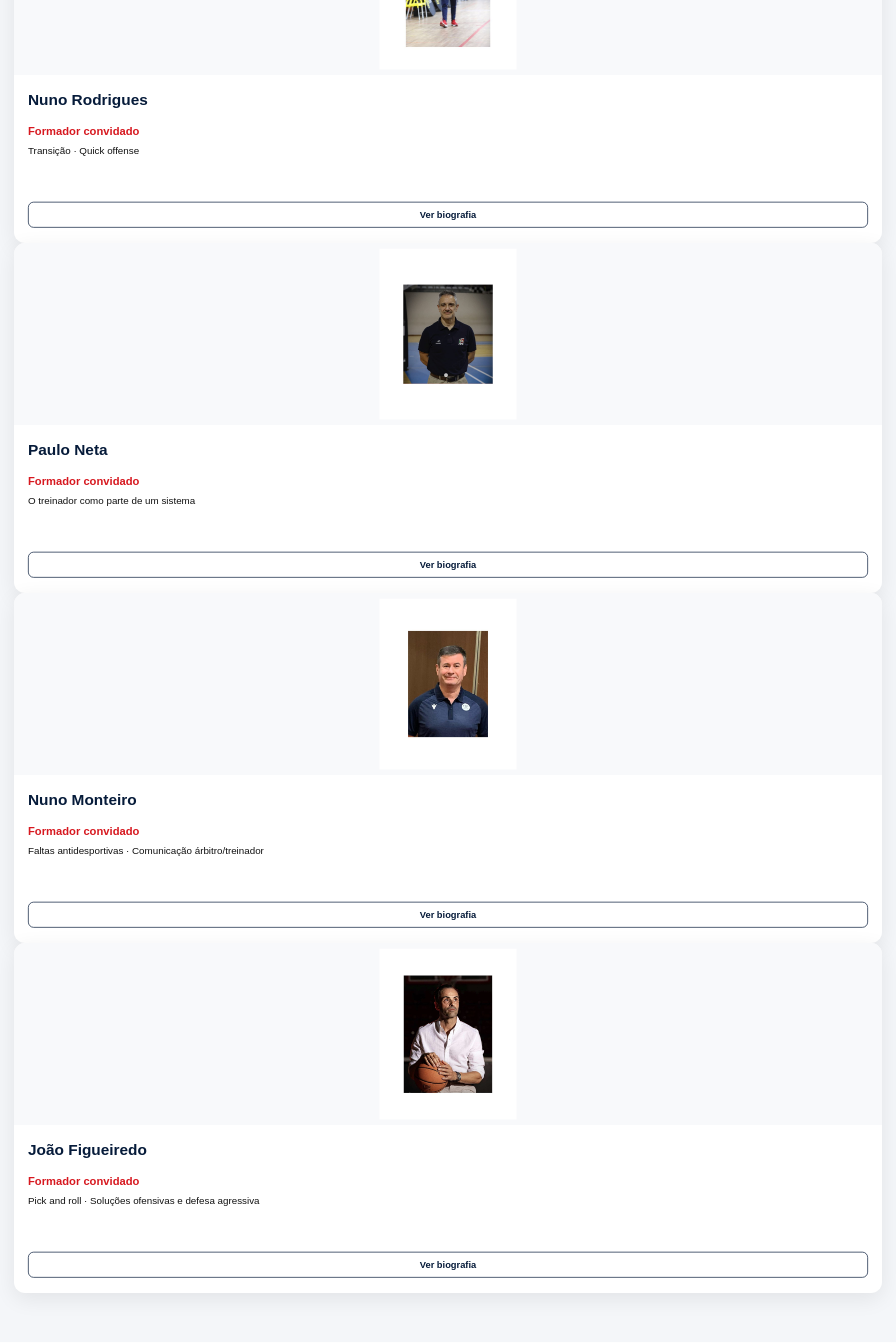
Repository: Vasco18Ferreira/clinic-internacional-maia
Page: index.html
These files come from the project's save history. The page is drawn as it stood at one moment and after the next save; the edit follows.
The browser window is 1280 px wide. The pictures show the part of the page from y = 3075 to 4995 px (the page is 8404 px tall before and 8364 px after), at 70% of full size.

Above is the page before, as saved 2026-07-21 00:00:06.

After the next save:
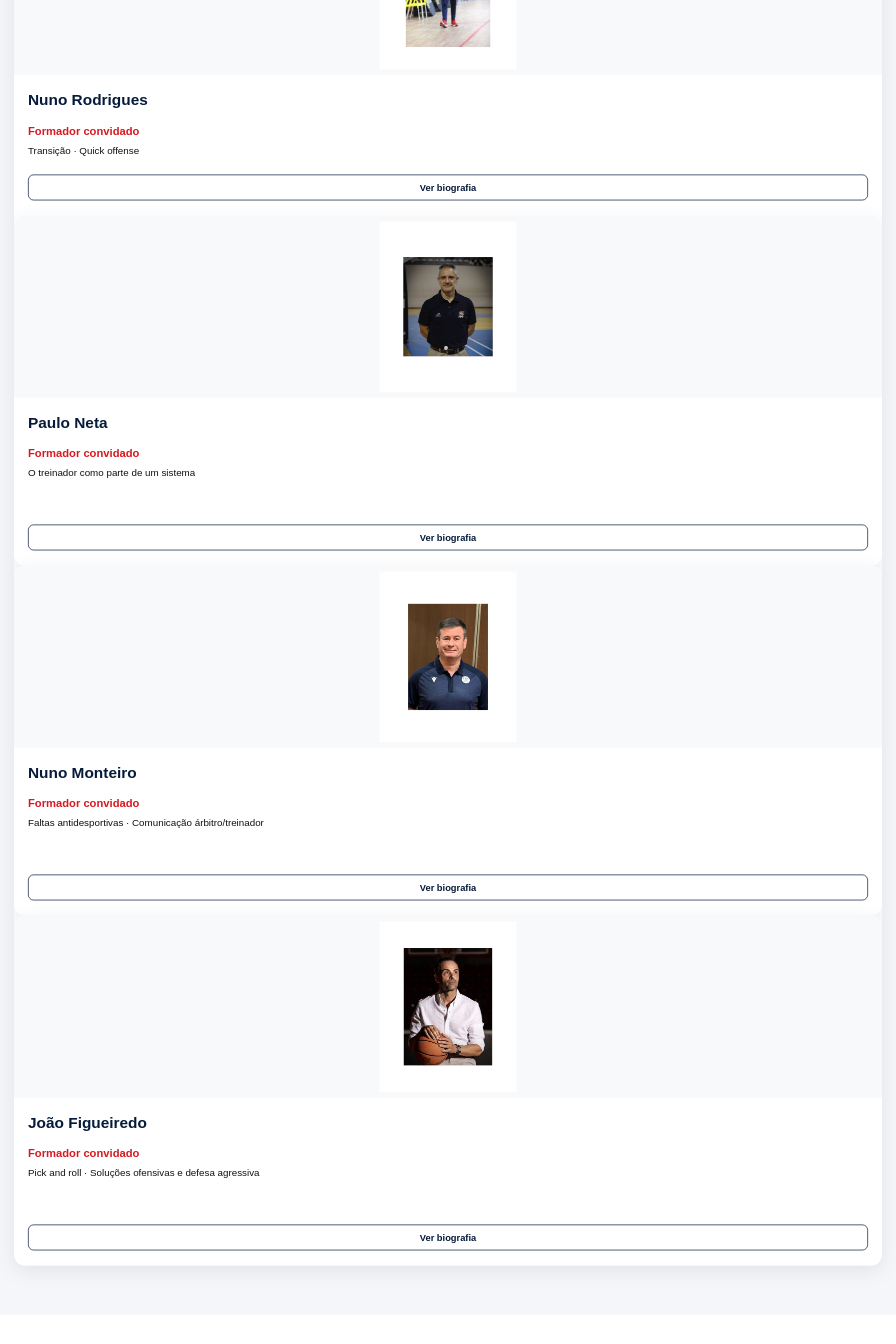
Saved 113 s later.
--- a/index.html
+++ b/index.html
@@ -576,13 +576,22 @@
         </button>
 
         <div class="speaker-bio">
-          <p>
-            Treinador com experiência no basquetebol sénior e de formação,
-            atualmente ligado ao Maia Basket Clube. O seu trabalho destaca-se
-            pela organização coletiva, desenvolvimento dos jogadores e
-            preparação competitiva das equipas.
-          </p>
-        </div>
+      <div class="speaker-bio">
+        <p>
+         Treinador com mais de duas décadas de experiência no basquetebol português.
+         Construiu grande parte do seu percurso no Sport Lisboa e Benfica, onde
+         trabalhou durante cerca de 14 épocas, orientando diversos escalões de
+         formação, equipas femininas e masculinas, bem como a equipa da Proliga.
+       </p>
+
+        <p>
+         Passou ainda pelo Clube Atlético de Queluz, Angrabasket e Sport Club
+         Lusitânia, acumulando experiência na formação e no alto rendimento.
+         Atualmente é treinador principal do Maia Basket Clube na Proliga, sendo
+         reconhecido pela organização ofensiva, velocidade de decisão e
+         desenvolvimento de jogadores.
+       </p>
+      </div>
       </div>
 
       <div class="card speaker-card">
